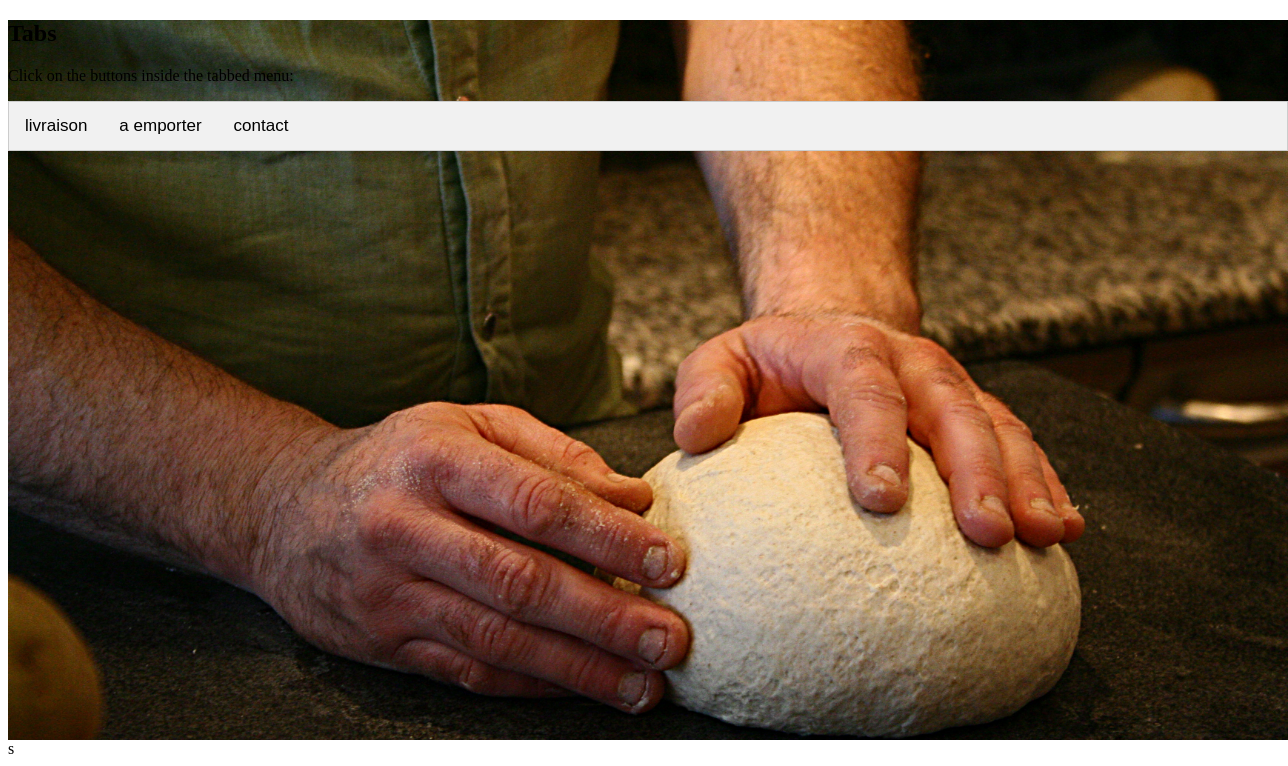
Repository: dev84-unalien/pippo_pizza
Page: admin.html
The author's editor kept a copy of each file at every save. The page is drawn from the files as they stood at one save, then again after the next save.
The browser window is 1280 px wide. The page is 1288 px wide, so the pictures cover 1288 px, including what lies to the right of the window. The pictures show the whole page.

Above is the page before, as saved 2019-09-09 12:20:31.

### admin.html
<!DOCTYPE html>
<html lang="en">

<head>
    <meta charset="UTF-8">
    <meta name="viewport" content="width=device-width, initial-scale=1.0">
    <meta http-equiv="X-UA-Compatible" content="ie=edge">
    <title>pizzaria pippo</title>
    <link rel="stylesheet" href="admin.css">
    <script src="jquery-3.4.1.min.js"></script>
    <script src="admin.js"></script>

</head>

<body>
    <div id=unos>
        <div id=commande>

            <h2>Tabs</h2>
            <p>Click on the buttons inside the tabbed menu:</p>

            <div class="tab">
                <button class="tablinks" onclick="openCity(event, 'livraison')">livraison</button>
                <button class="tablinks" onclick="openCity(event, 'emporter')">a emporter</button>
                <button class="tablinks" onclick="openCity(event, 'contact')">contact</button>
            </div>

            <div id="livraison" class="tabcontent">
                <h3>livraison</h3>

                <form action="/action_page.php">
                    <p>code postale:</p>
                    <input name="codepostale" type="text">
                    <p>rue:</p>
                    <input name="rue" type="text">
                    <p>numero de rue</p>
                    <input name="numeroderue" type="text">
                    <p>choix de livraison</p>
                    <input type="radio" name="nom_variable" value="rapide"> rapide
                    <input type="checkbox" name="nom_variable" value="lent"> lent
                    <br><br>
                    <input type="submit">
            </div>

            <div id="emporter" class="tabcontent">
                <h3>emporter</h3>

            </div>

            <div id="contact" class="tabcontent">
                <h3>contact</h3>
                <p>45 avenue des Frères Lumière 69008 Lyon</p>
                <p>
                    04 78 00 81 65</p>
            </div>




            </form>

        </div>

    </div>
</body>

</html>s

### admin.css
#unos {
  height: 100vh;
  width: 100vw;
  background-image: url("images/ajoutpizza.jpg");
  justify-content: cover;
  background-size: 100vw;

}

#formulaire {
  height: 50%;
  width: 50%;
  background-color: aliceblue;
}

#livraison {
  background-color: aquamarine;
}

#emporter {
  background-color: beige;
}

#contact {
  background-color: powderblue;
}

.tab {
  overflow: hidden;
  border: 1px solid #ccc;
  background-color: #f1f1f1;
}

/* Style the buttons inside the tab */

.tab button {
  background-color: inherit;
  float: left;
  border: none;
  outline: none;
  cursor: pointer;
  padding: 14px 16px;
  transition: 0.3s;
  font-size: 17px;
}

/* Change background color of buttons on hover */

.tab button:hover {
  background-color: red;
}

/* Create an active/current tablink class */

.tab button.active {
  background-color: red;
}

/* Style the tab content */

.tabcontent {
  display: none;
  padding: 6px 12px;
  border: 1px solid red;
  border-top: none;
}

Loaded but not shown: jquery-3.4.1.min.js (library); admin.js (no copy from this time; the picture is the same without it)

After the next save:
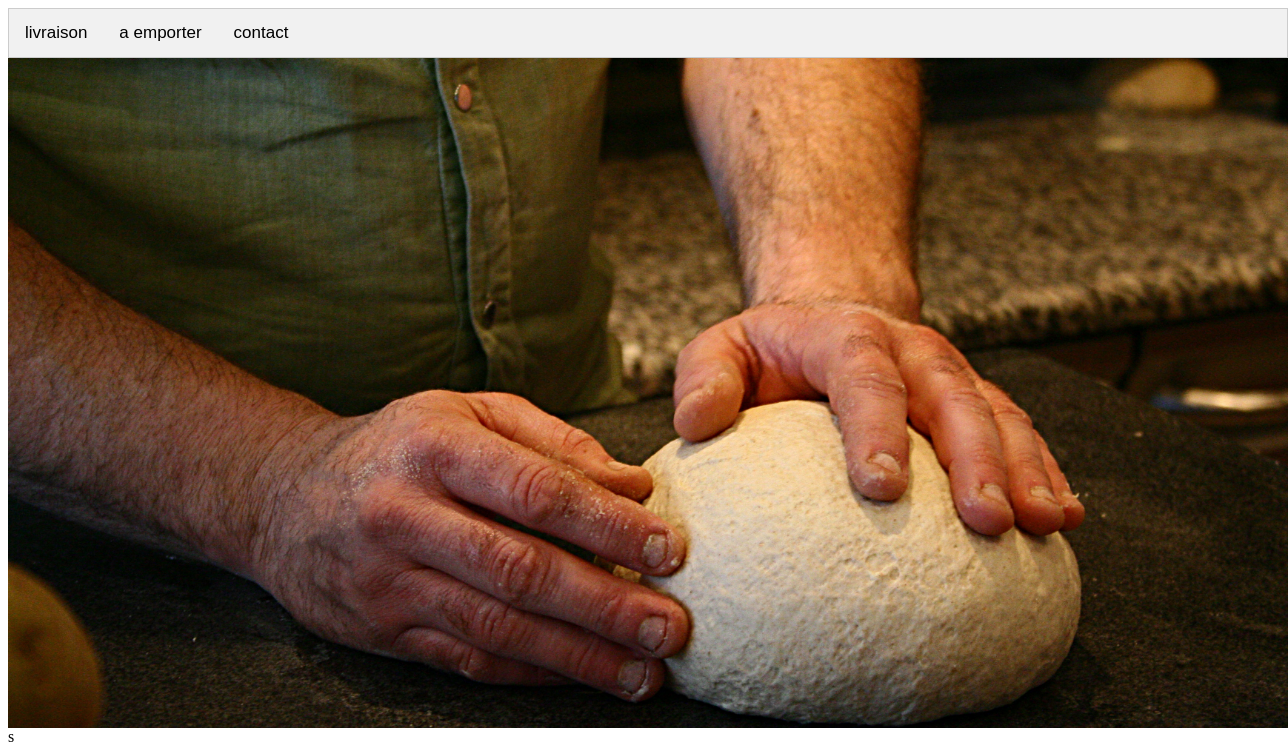
Saved 117 s later.
--- a/admin.html
+++ b/admin.html
@@ -16,8 +16,7 @@
     <div id=unos>
         <div id=commande>
 
-            <h2>Tabs</h2>
-            <p>Click on the buttons inside the tabbed menu:</p>
+
 
             <div class="tab">
                 <button class="tablinks" onclick="openCity(event, 'livraison')">livraison</button>
@@ -27,19 +26,6 @@
 
             <div id="livraison" class="tabcontent">
                 <h3>livraison</h3>
-
-                <form action="/action_page.php">
-                    <p>code postale:</p>
-                    <input name="codepostale" type="text">
-                    <p>rue:</p>
-                    <input name="rue" type="text">
-                    <p>numero de rue</p>
-                    <input name="numeroderue" type="text">
-                    <p>choix de livraison</p>
-                    <input type="radio" name="nom_variable" value="rapide"> rapide
-                    <input type="checkbox" name="nom_variable" value="lent"> lent
-                    <br><br>
-                    <input type="submit">
             </div>
 
             <div id="emporter" class="tabcontent">
